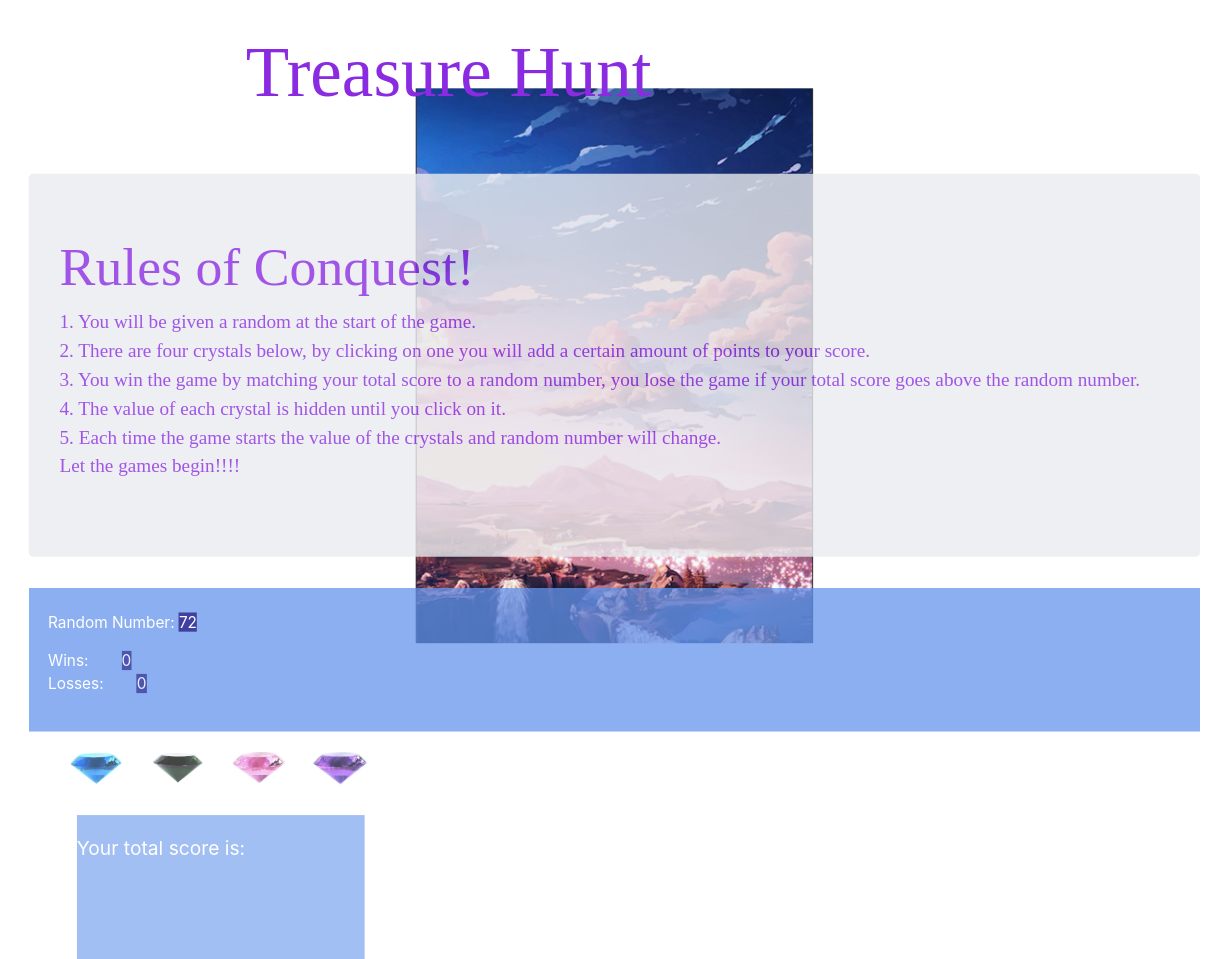
Repository: Jwill1258/unit-4-game
Page: index.html
An editor plug-in stored every save of this project. The page is shown before and after the next save, followed by the edit.
The browser window is 1280 px wide. The pictures show the whole page, at 96% of full size.
Some web fonts or font styles are not loaded; a fallback is used.

Above is the page before, as saved 2019-11-08 00:35:11.

After the next save:
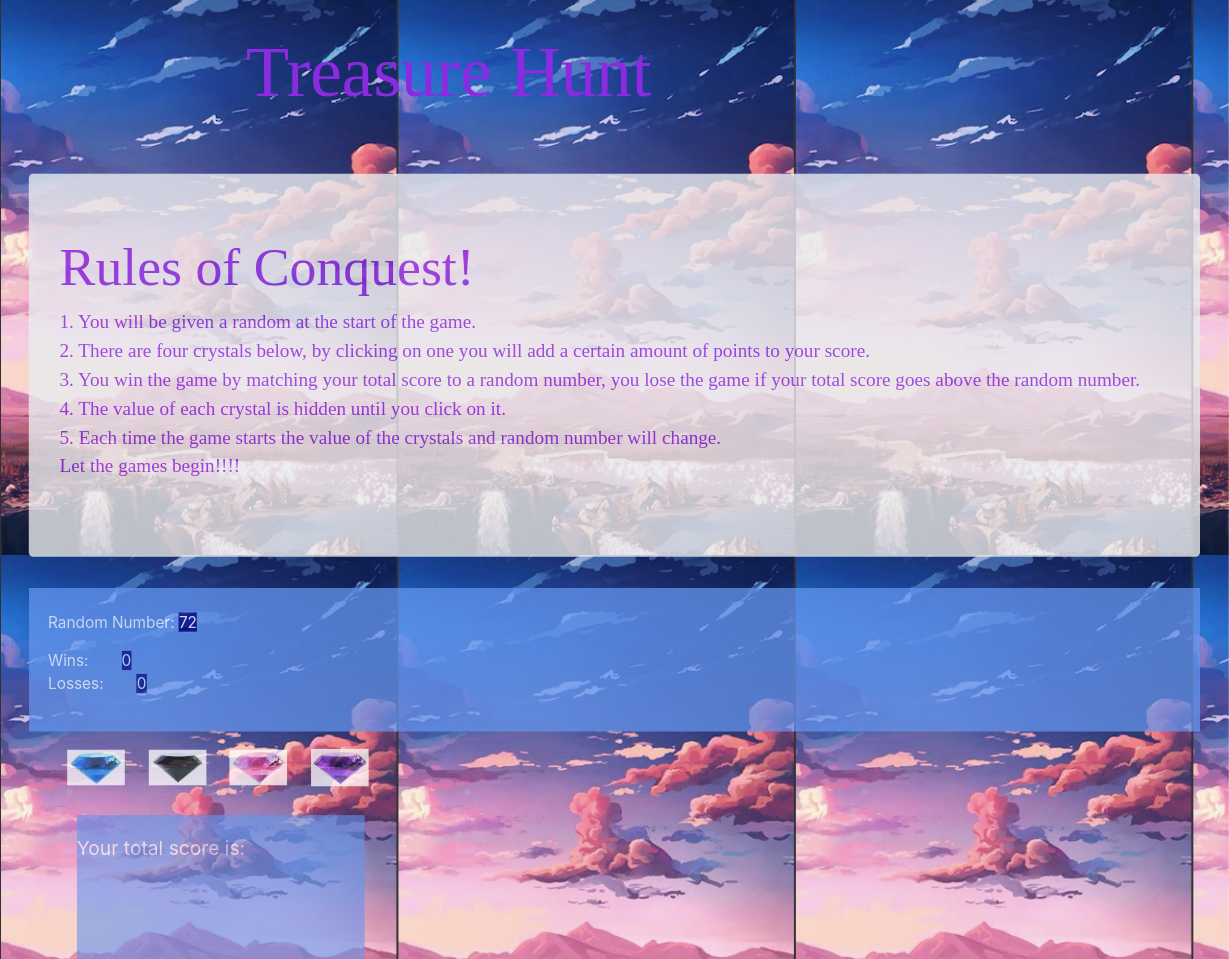
Saved 15 s later.
--- a/assets/css/style.css
+++ b/assets/css/style.css
@@ -26,8 +26,6 @@ time, mark, audio, video {
 
 body {
     background-image: url( '../images/waterfall-background.jpeg' );
-	background-position: center;
-	background-repeat: no-repeat;
 
 }
 
